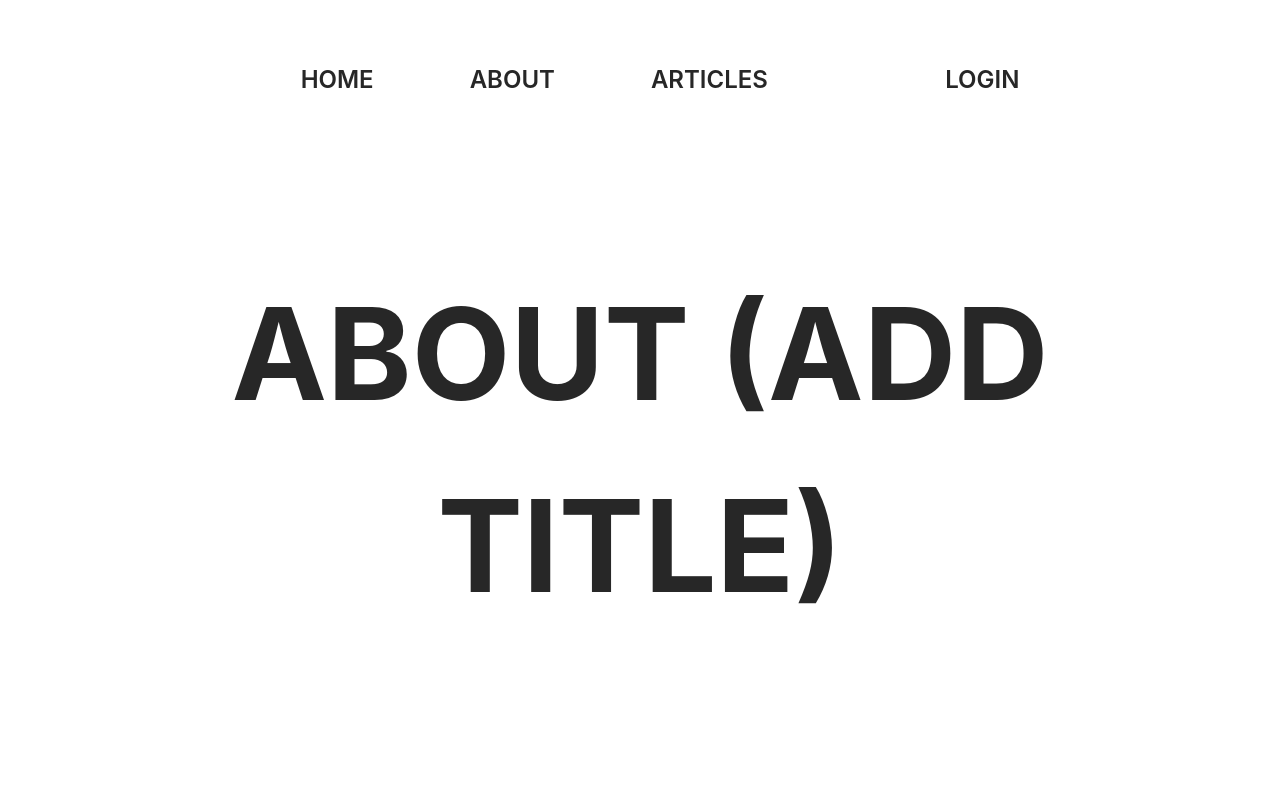
Repository: ValGrace/-static-site
Page: /about (app in client/)
The author's editor kept a copy of each file at every save. The page is drawn from the files as they stood at one save, then again after the next save.
The browser window is 1280 px wide. The pictures show the whole page.
The project was rebuilt for these pictures with package versions that can differ from the ones it lists, and the page was loaded fresh each time. Also part of the build but not shown: client/vite.config.js, client/src/Utils/appwrite.js, client/src/Components/Inputs.css, client/src/Components/Login.jsx, client/src/Components/Signup.jsx, client/src/Components/HomeSection.jsx, client/src/Components/TopSection.jsx, client/src/Pages/HomePage.jsx.

Above is the page before, as saved 2023-02-05 14:05:30.

After the next save:
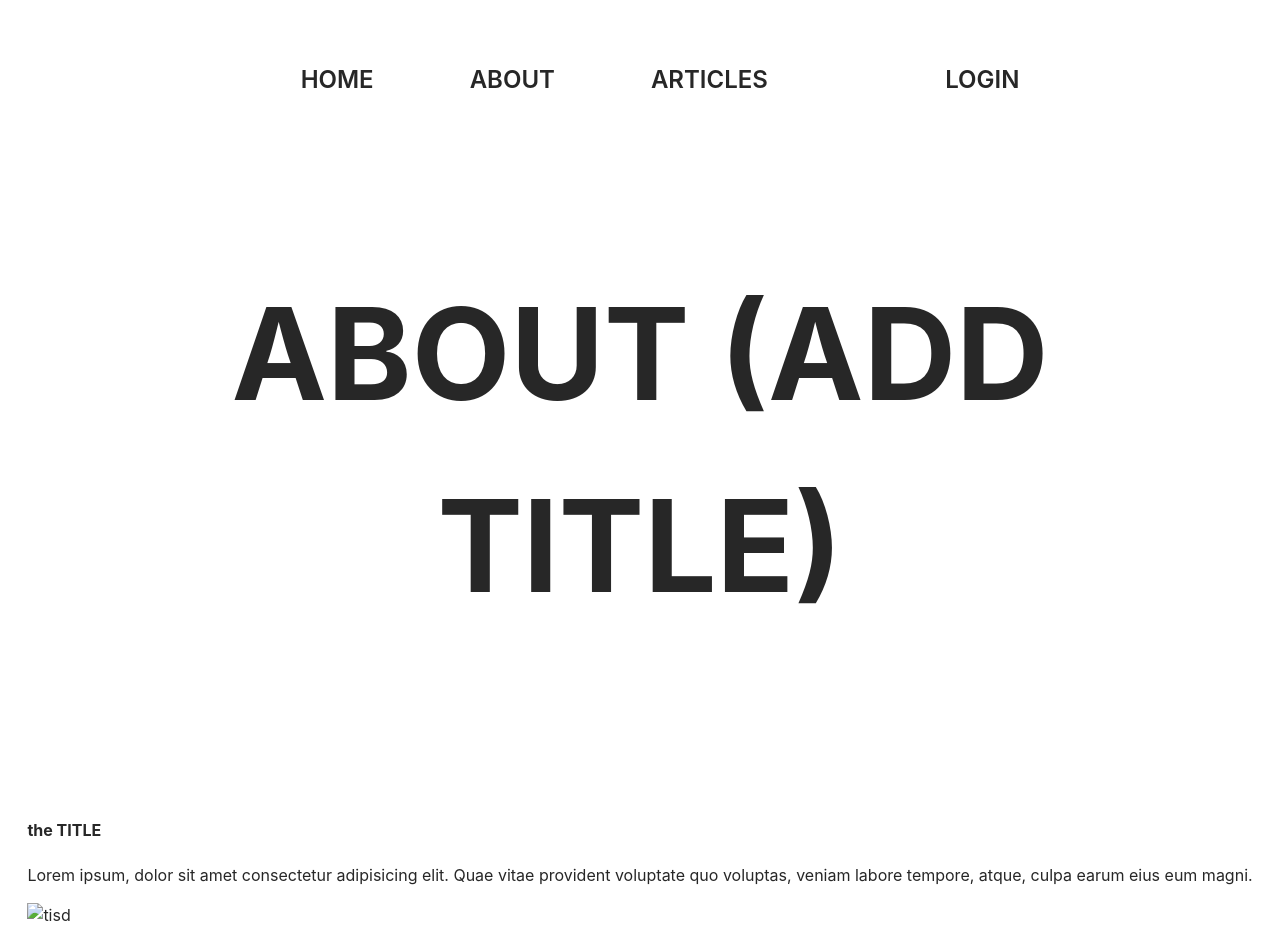
Saved 113 min 12 s later.
--- a/client/src/Pages/aboutPage.jsx
+++ b/client/src/Pages/aboutPage.jsx
@@ -5,6 +5,16 @@ const AboutPage = () => {
     <>
     <Navbar />
     <h2 id="about-page">about (add title)</h2>
+    <div>
+        <div>
+            <h4>the TITLE</h4>
+            <p>Lorem ipsum, dolor sit amet consectetur adipisicing elit. Quae vitae provident voluptate quo voluptas, veniam labore tempore, atque, culpa earum eius eum magni.</p>
+            <div>
+                <img src="" alt="tisd" />
+            </div>
+        </div>
+
+    </div>
     </>
    )
 }
